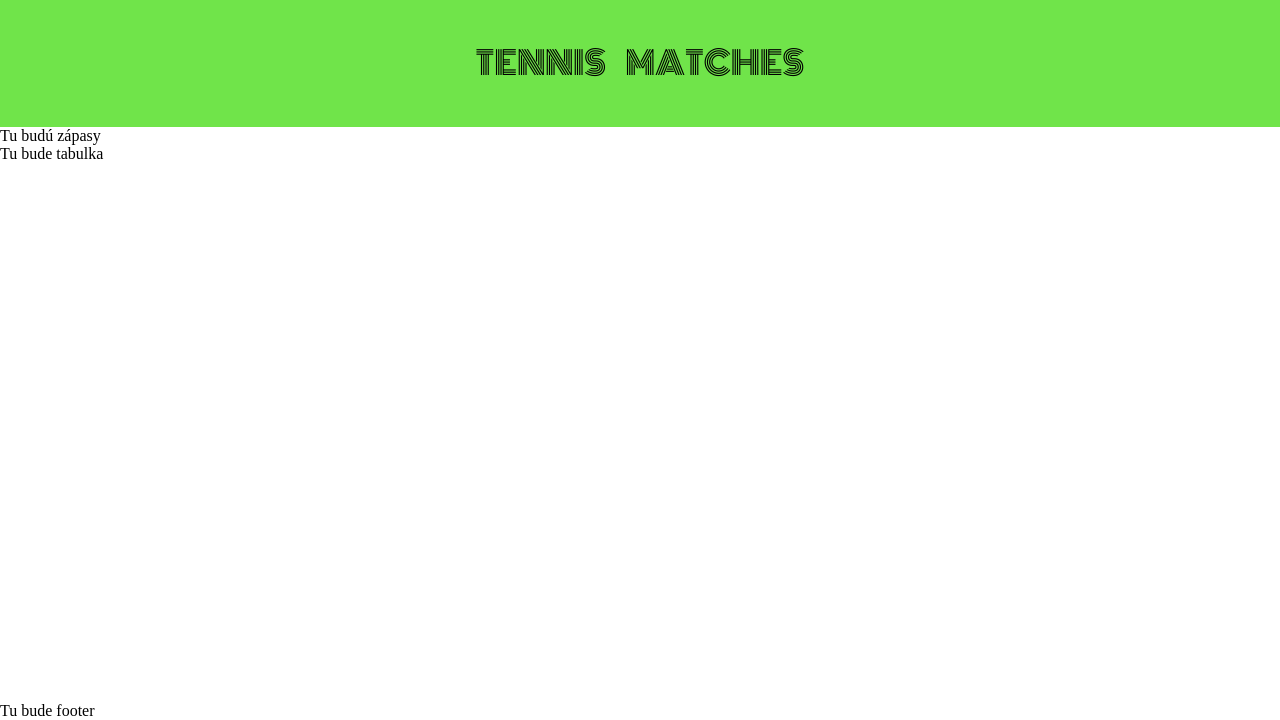
Repository: Badynko/tenis-app
Page: /
The author's editor kept a copy of each file at every save. The page is drawn from the files as they stood at one save, then again after the next save.
The browser window is 1280 px wide. The pictures show the whole page.
The project was rebuilt for these pictures with package versions that can differ from the ones it lists, and the page was loaded fresh each time.

Above is the page before, as saved 2024-07-10 15:25:28.

After the next save:
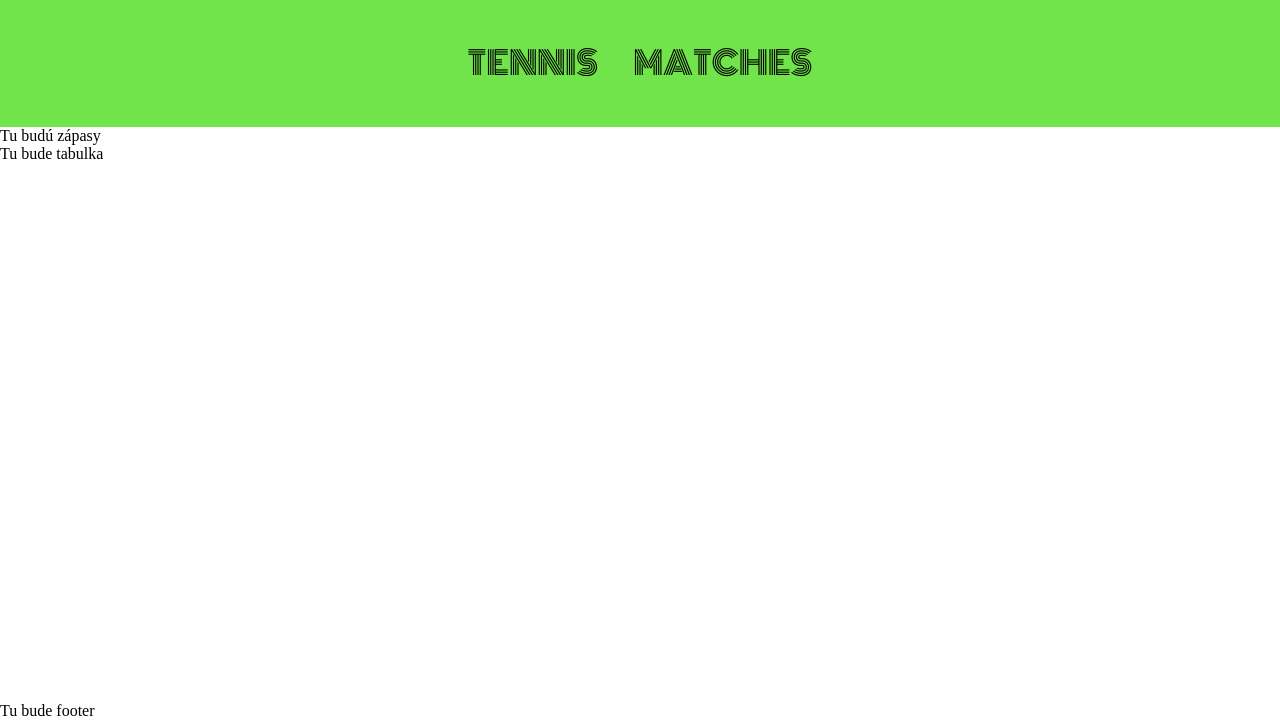
Saved 7 s later.
--- a/src/index.css
+++ b/src/index.css
@@ -14,7 +14,7 @@
 }
 
 h1 {
-  word-spacing: 1rem;
+  word-spacing: 2rem;
   text-align: center;
   background-color: #70e44a;
   font-family: "Monoton";
